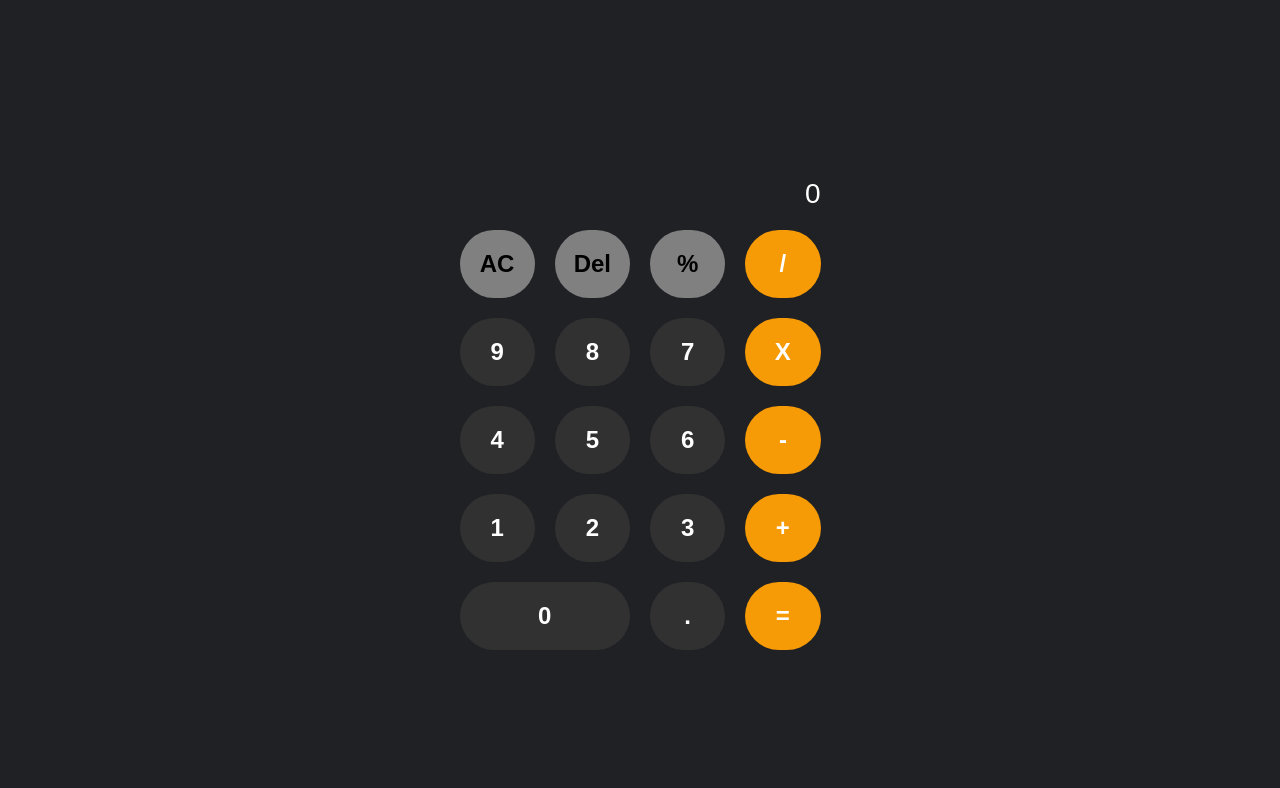
Repository: ble-syn/reactCalculator
Page: /
An editor plug-in stored every save of this project. The page is shown before and after the next save, followed by the edit.
The browser window is 1280 px wide. The pictures show the whole page.
The project was rebuilt for these pictures with package versions that can differ from the ones it lists, and the page was loaded fresh each time.

Above is the page before, as saved 2022-10-06 22:30:59.

### src/index.css
*{
  margin: 0;
  box-sizing: border-box;
}

body{
  display: flex;
  justify-content: center;
  align-items: center;
  flex-direction: column;
  background-color: #202124;
  color: #fff;
  margin: 10% auto;
  background: #202124;

}
/* .container {
  max-width: 1200px;
  padding: 10px;
} */
#calculator-display {
  border: none;
  width: 100%;
  text-align: right;
  font-size: 28px;
  padding: 50px 10px 10px;
  right: 10px;
  color: #fff;
  background-color: #202124;
}
#calculator-display:focus {
  outline: none;
}
#calculator-display::-webkit-input-placeholder {
  color: #fff;
}
.calculator-keys{
  display: grid;
  grid-template-columns: repeat(4, 1fr);
  grid-gap: 20px;
  margin: 10px;
}
button {
  padding: 20px 15px;
  display: grid;
  place-items: center;
  outline: none;
  border-radius: 50px;
  font-weight: 700;
  border: none;
  color: #fff;
  background-color: #313131;
  font-size: 24px;
  cursor: pointer;
}
button:focus {
  background-color: #D1D1D1;
}
.zero {
  grid-column: 1/3;
}
.gray {
  background-color: gray;
  color: #000;
}
.yellow {
  background-color: #F69A06;
}
.yellow:focus{
  background-color: #ffffff;
  color: #F69A06;
}

### src/App.js
import {useState} from "react";

function App() {
  const [numDisplay, setNumDisplay] = useState("")
  const operators = ["+", "-", "*", "/"]

const numClick = (event) => {
      event.preventDefault()

      let value = event.target.value
      setNumDisplay(numDisplay + value)
}


const deleteNum = () => {
  setNumDisplay(numDisplay.slice(0, -1))
}
const reset = () => {
  setNumDisplay("")
}
const percent = () => {
  setNumDisplay(numDisplay / 100)
}
const equals = () => {
  setNumDisplay(eval(numDisplay))
}

  return (
    <main id="container">
      <div class="calculator">
          <div><input id="calculator-display" type="text" placeholder="0" value={numDisplay} /></div>

        <div class="calculator-keys">
            <button onClick={reset} value=" " class="gray">AC</button>
            <button onClick={deleteNum} value="" class="gray">Del</button>
            <button onClick={percent} value="%" class="gray">%</button>
            <button onClick={numClick} value="/" class="yellow">/</button>
            <button onClick={numClick} value="9">9</button>
            <button onClick={numClick} value="8">8</button>
            <button onClick={numClick} value="7" >7</button>
            <button onClick={numClick} value="*" class="yellow">X</button>
            <button onClick={numClick} value="4">4</button>
            <button onClick={numClick} value="5">5</button>
            <button onClick={numClick} value="6">6</button>
            <button onClick={numClick} value="-" class= "yellow">-</button>
            <button onClick={numClick} value="1">1</button>
            <button onClick={numClick} value="2">2</button>
            <button onClick={numClick} value="3">3</button>
            <button onClick={numClick} value="+" class="yellow">+</button>
            <button onClick={numClick} value="0" class="zero" >0</button>
            <button onClick={numClick} value="." data-action="decimal">.</button>
            <button onClick={equals} value="=" class="yellow">=</button>
        </div>
      </div>
    </main>
  )
}

export default App;

Loaded but not shown: public/index.html (common file); src/index.js (common file); src/reportWebVitals.js (common file)

After the next save:
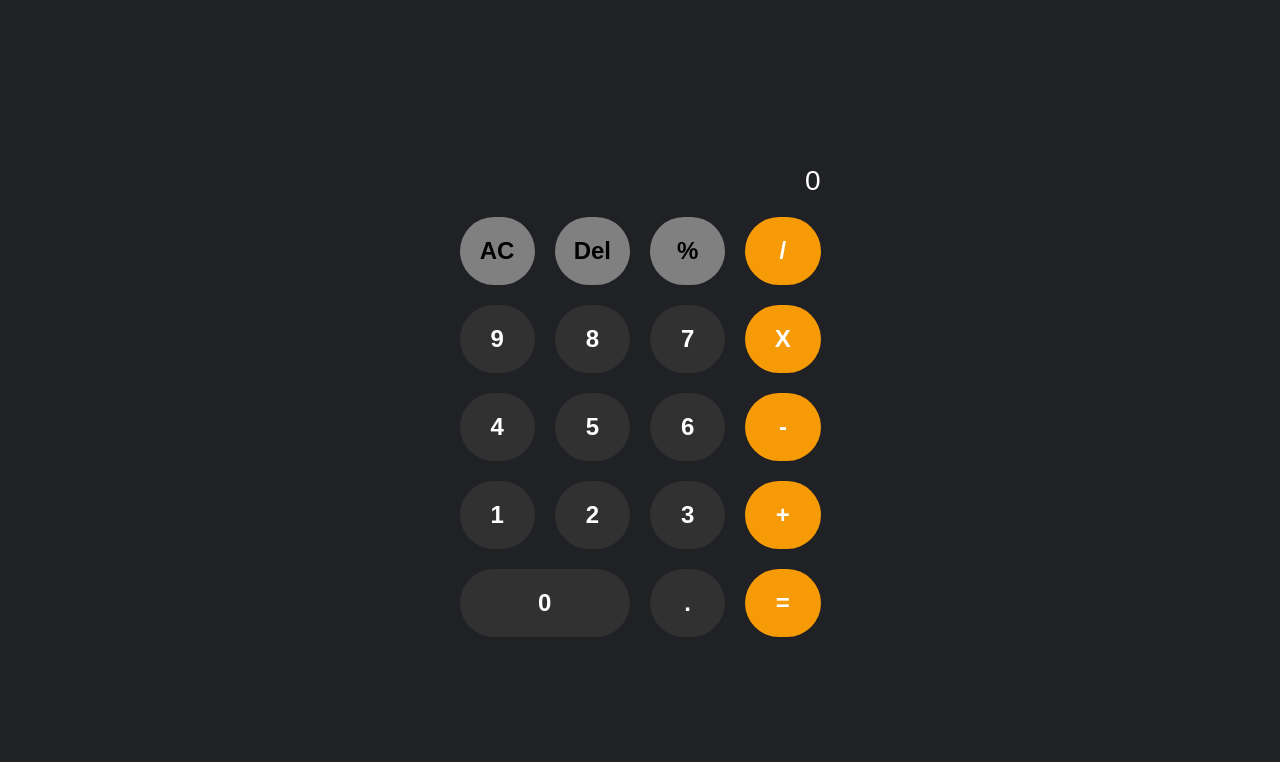
Saved 9 s later.
--- a/src/index.css
+++ b/src/index.css
@@ -10,7 +10,7 @@ body{
   flex-direction: column;
   background-color: #202124;
   color: #fff;
-  margin: 10% auto;
+  margin: 9% auto;
   background: #202124;
 
 }
